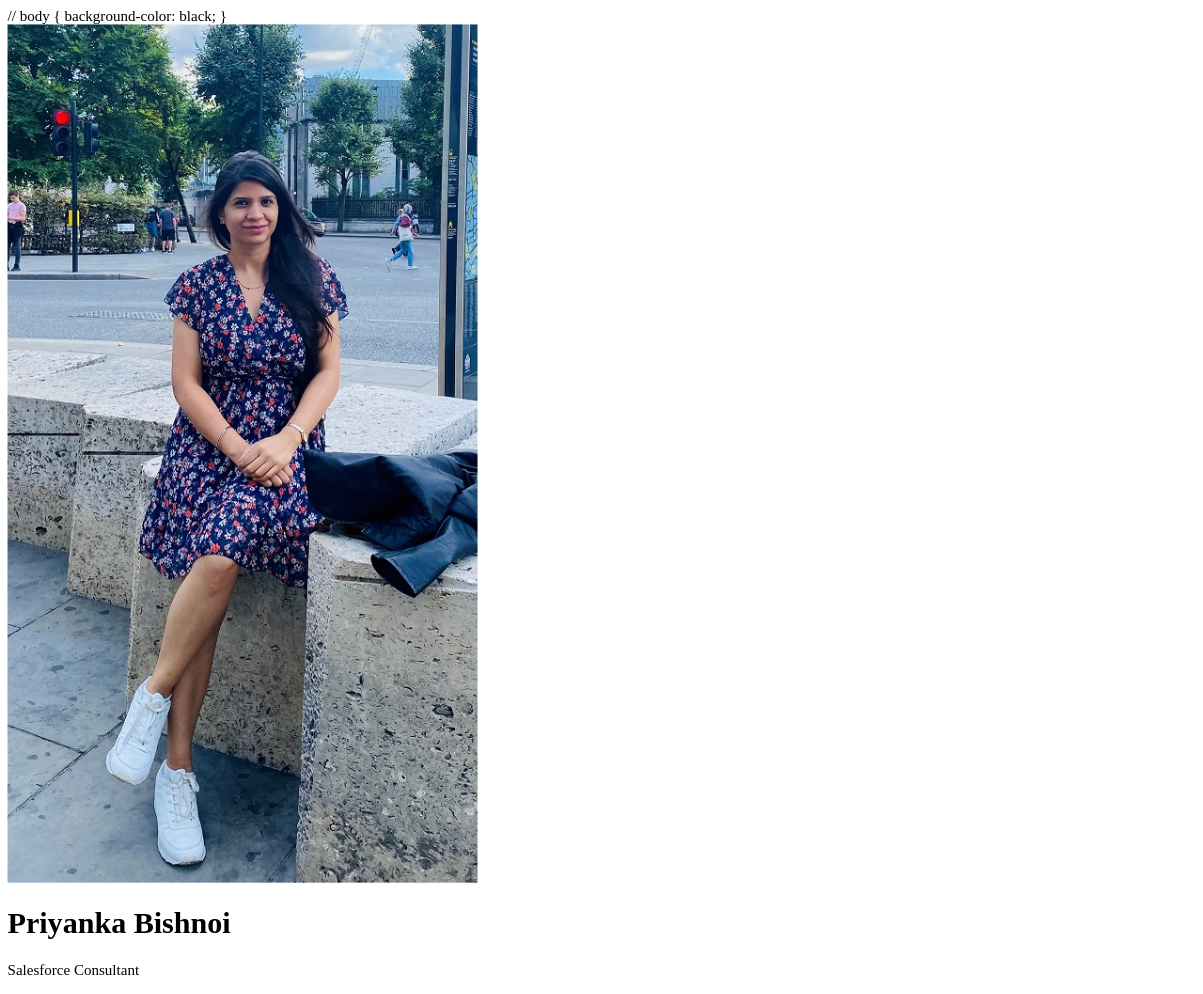
Repository: priyanka-bishnoi/PortfolioPage
Page: MyPage.html
These files come from the project's save history. The page is drawn as it stood at one moment and after the next save; the edit follows.
The browser window is 1280 px wide. The pictures show the whole page, at 94% of full size.

Above is the page before, as saved 2022-10-07 00:04:45.
Not found: css/style.css

After the next save:
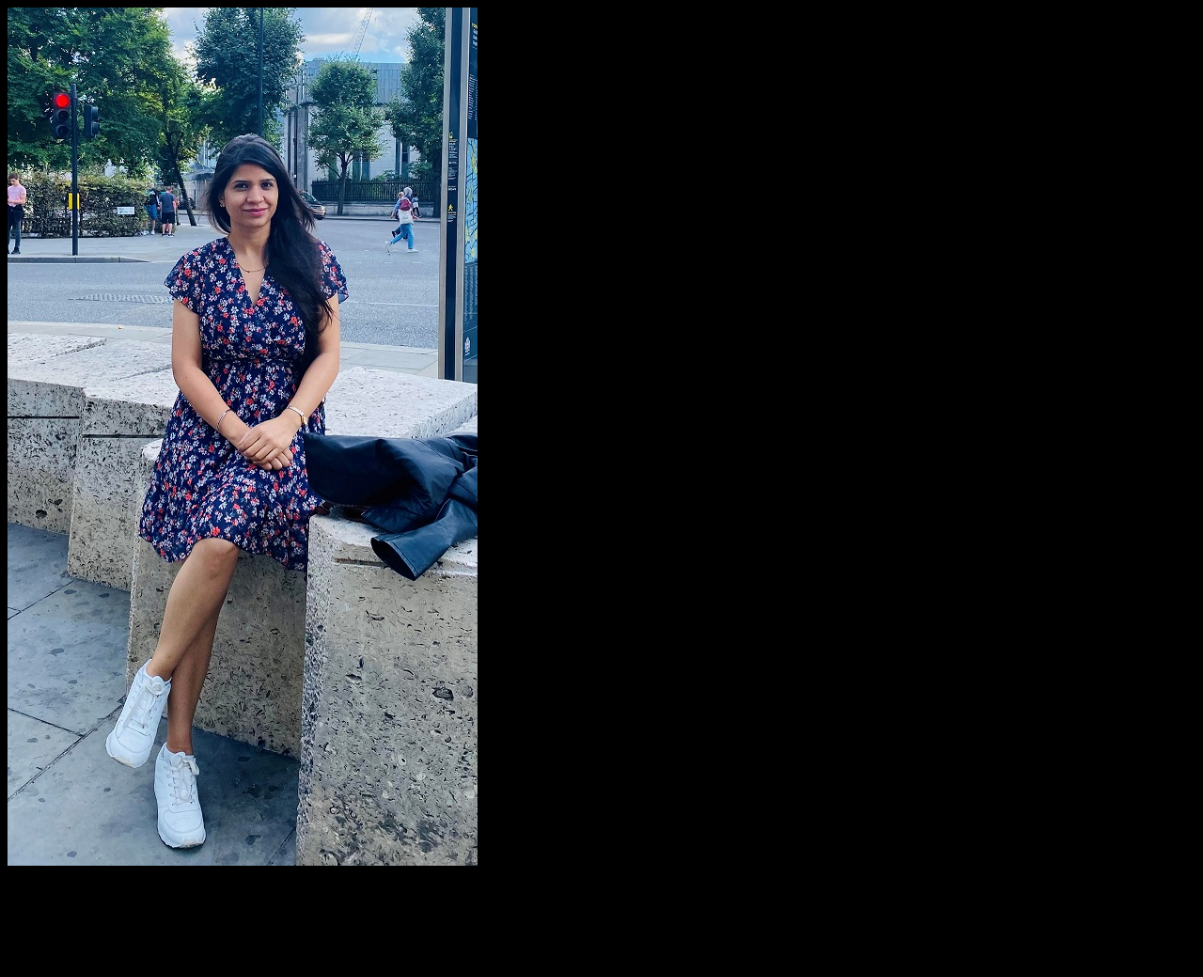
Saved 18 s later.
--- a/MyPage.html
+++ b/MyPage.html
@@ -1,7 +1,7 @@
 <!DOCTYPE html>
 <html>
 <head>
-   // <link rel="stylesheet" href="css/style.css"
+    <link rel="stylesheet" href="css/style.css">
 <style>
 body {
   background-color: black;
